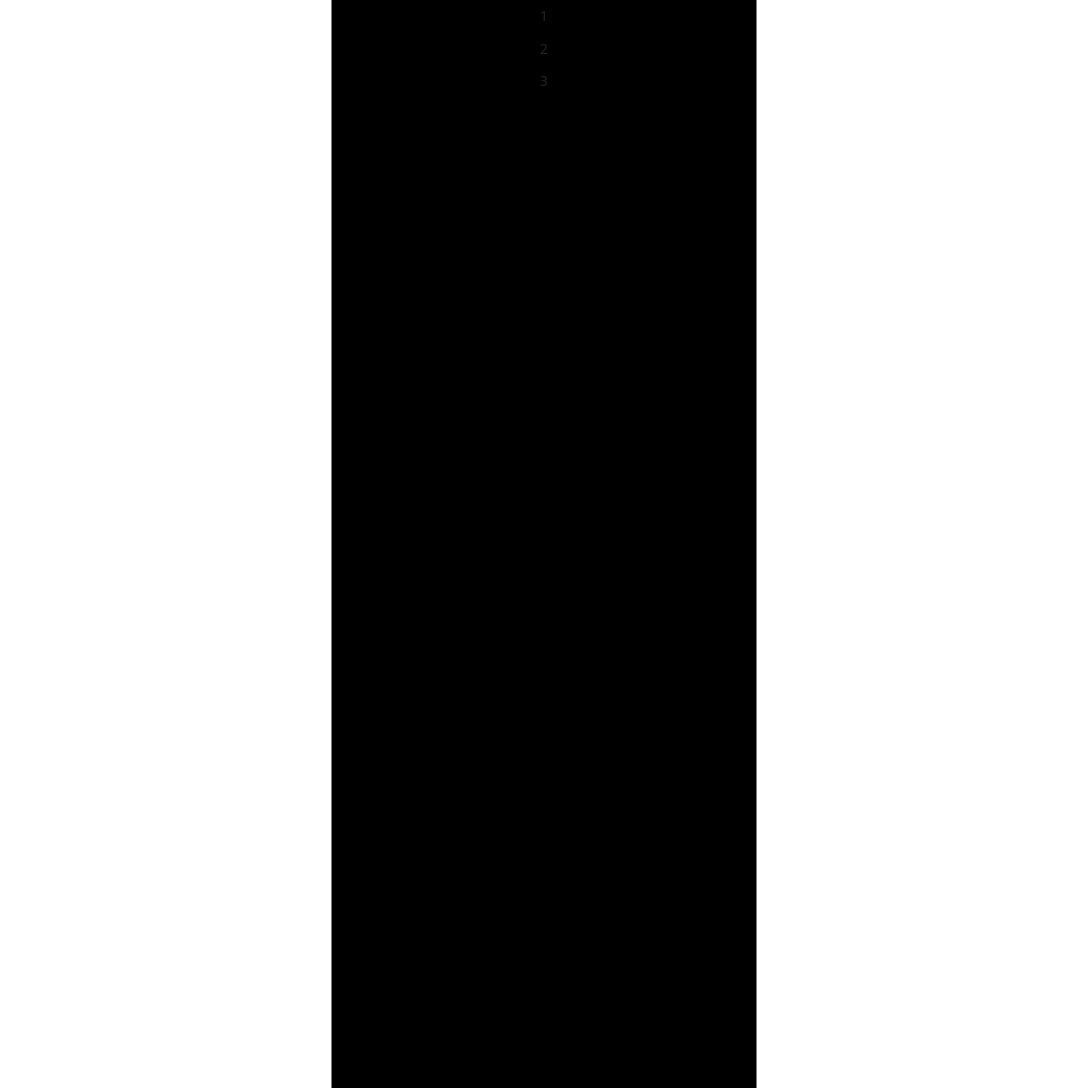
Repository: HimanshuBisht1007/Calculator
Page: /
An editor plug-in stored every save of this project. The page is shown before and after the next save, followed by the edit.
The browser window is 1280 px wide. The pictures show the whole page, at 85% of full size.
The project was rebuilt for these pictures with package versions that can differ from the ones it lists, and the page was loaded fresh each time. Also part of the build but not shown: src/index.css, src/App.css.

Above is the page before, as saved 2022-05-30 18:19:43.

After the next save:
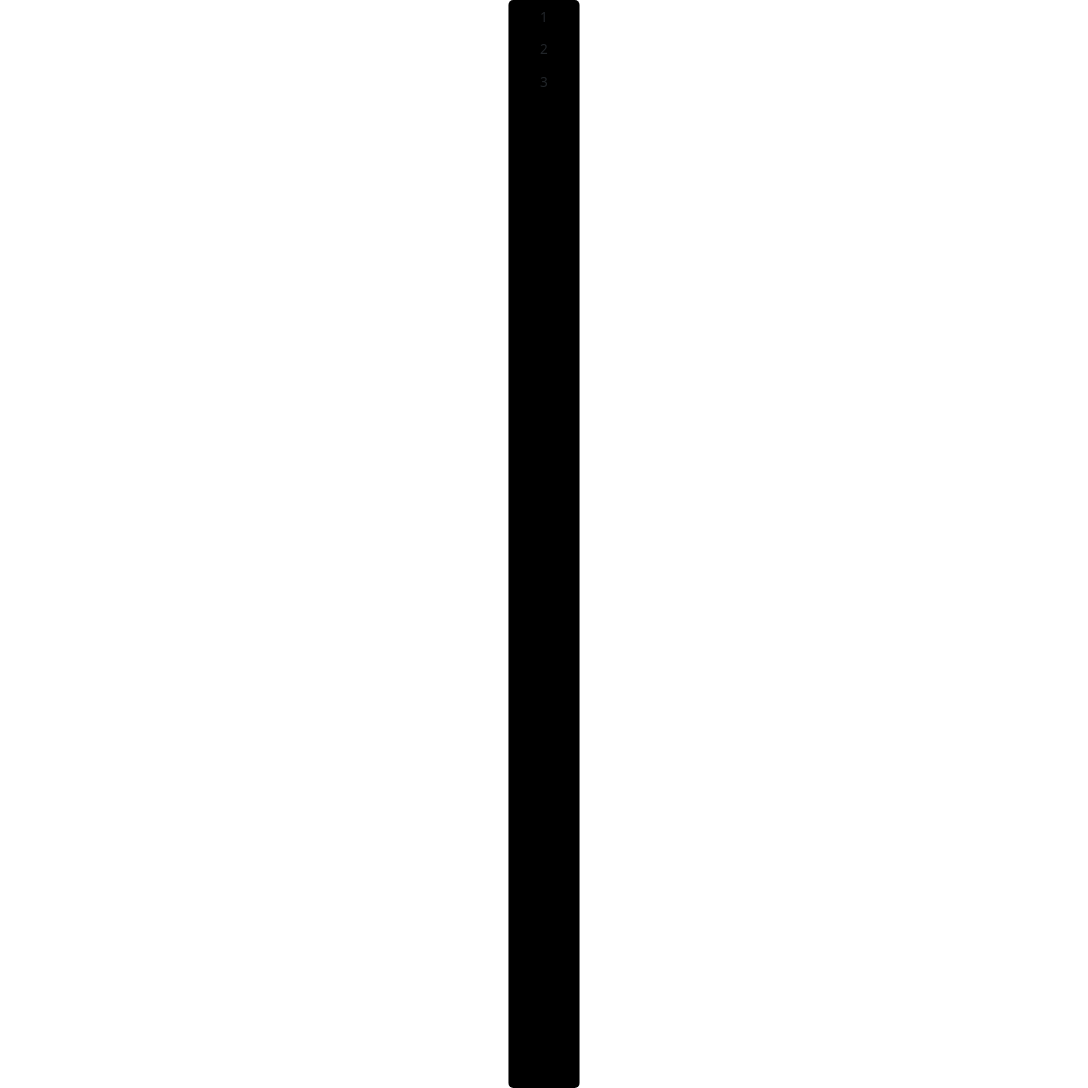
Saved 6 min 11 s later.
--- a/src/App.js
+++ b/src/App.js
@@ -5,7 +5,7 @@
   return (
     <>
     <div class="d-flex justify-content-center " style={{height: "100vw"}}>
-      <div className="container" style={{width:500,backgroundColor:"black"}}>
+      <div className="card" style={{backgroundColor:"black"}}>
         <div className="row">
           <button className='btn'>1</button>
           <button className='btn'>2</button>
